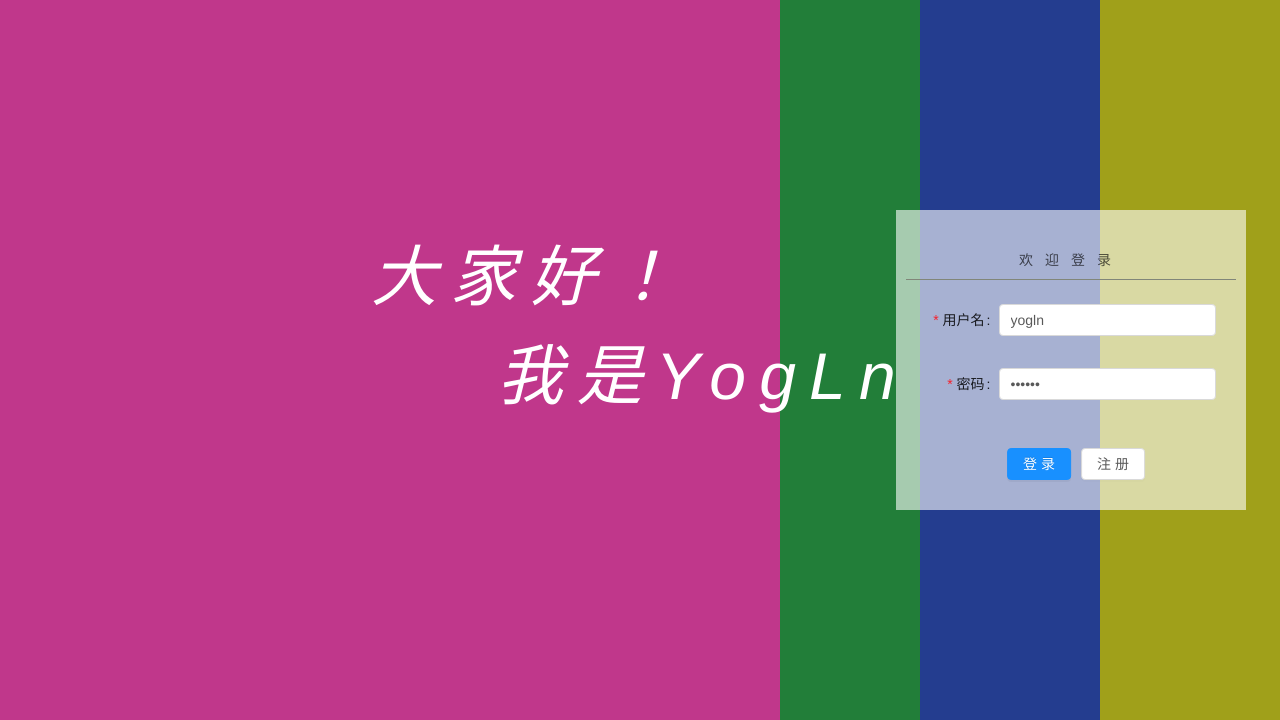
Repository: YogLn/theory-fre
Page: /register
These files come from the project's save history. The page is drawn as it stood at one moment and after the next save; the edit follows.
The browser window is 1280 px wide. The pictures show the whole page.
The project was rebuilt for these pictures with package versions that can differ from the ones it lists, and the page was loaded fresh each time.

Above is the page before, as saved 2021-07-22 16:45:55.

### src/App.vue
<template>
  <div id="app">
    <router-view />
  </div>
</template>

<style lang="less">
html,
body,
#app {
  height: 100%;
  font-family: 'Helvetica Neue', Helvetica, 'PingFang SC', 'Hiragino Sans GB',
    'Microsoft YaHei', '微软雅黑', Arial, sans-serif;
  // background: url('./assets/img/home.jpg') no-repeat center;
  background-attachment: fixed;
  background-size: 100% 100%;
}
</style>

### src/router/index.js
import Vue from 'vue'
import VueRouter from 'vue-router'

const Login = () => import('../pages/login/Login.vue')
const Home = () => import('../pages/home/Home.vue')
const Register = () => import('../pages/login/Register.vue')
const Moment = () => import('../pages/moment/Moment.vue')
const Publish = () => import('../pages/moment/Publish.vue')
const Mine = () => import('../pages/mine/Mine.vue')
const Comment = () => import('../components/comment/Comment.vue')

Vue.use(VueRouter)

const routes = [
  {
    path: '',
    redirect: '/login'
  },
  {
    path: '/login',
    component: Login
  },
  {
    path: '/register',
    component: Register
  },
  {
    path: '/home',
    component: Home,
    redirect: '/moment',
    children: [
      {
        path: '/moment',
        component: Moment
      },
      {
        path: '/upload',
        component: Publish
      },
      {
        path: '/moment/:momentId',
        component: Comment
      },
      {
        path: '/mine',
        component: Mine
      },
    ]
  }
]

const router = new VueRouter({
  mode: 'history',
  base: process.env.BASE_URL,
  routes
})

// 挂载路由导航守卫
router.beforeEach((to, from, next) => {
  if (to.path == '/login') return next()
  // 获取 token
  const tokenStr = window.sessionStorage.getItem('token')
  if (!tokenStr) return next('/login')
  next()
})

export default router

### src/network/request.js
import axiox from 'axios'
import { BASE_URL, TIMEOUT } from './config'
const instance = axiox.create({
  baseURL: BASE_URL,//baseURL会在发送请求的时候拼接在url参数的前面
  timeout: TIMEOUT
})

instance.interceptors.request.use(function (config) {
  config.headers.Authorization = window.sessionStorage.getItem('token')
  return config;
}, function (error) {
  // 对请求错误做些什么
  return Promise.reject(error);
});

// 添加响应拦截器
//此处可以根据服务器的返回状态码做响应的处理
//404 404 500
instance.interceptors.response.use(function (response) {
  // 对响应数据做点什么

  return response;
}, function (error) {
  // 对响应错误做点什么
  return Promise.reject(error);
});

export function get (url, params) {
  return instance.get(url, {
    params
  })
}

export function post (url, data) {
  return instance.post(url, data)
}

export function del (url) {
  return instance.delete(url)
}

export function put (url, data) {
  return instance.put(url, data)
}

### src/pages/login/Login.vue
<template>
  <div class="container">
    <div class="item yellow">
      <p>大家好！<br />&nbsp;&nbsp;&nbsp;&nbsp;我是YogLn</p>
    </div>
    <div class="item blue">
      <p>大家好！<br />&nbsp;&nbsp;&nbsp;&nbsp;我是YogLn</p>
    </div>
    <div class="item green">
      <p>大家好！<br />&nbsp;&nbsp;&nbsp;&nbsp;我是YogLn</p>
    </div>
    <div class="item pink">
      <p>大家好！<br />&nbsp;&nbsp;&nbsp;&nbsp;我是YogLn</p>
    </div>
    <div class="login-box">
      <div class="login-header">
        <span>欢迎登录</span>
      </div>
      <div class="login-form">
        <a-form-model ref="loginFormRef"
                      :model="loginForm"
                      v-bind="layout"
                      :rules="loginFormRules">
          <a-form-model-item label="用户名"
                             prop="name">
            <a-input v-model="loginForm.name"
                     type="text"
                     autocomplete="off"
                     placeholder="请输入用户名" />
          </a-form-model-item>
          <a-form-model-item label="密码"
                             prop="password">
            <a-input v-model="loginForm.password"
                     type="password"
                     autocomplete="off"
                     placeholder="请输入密码" />
          </a-form-model-item>
        </a-form-model>
      </div>
      <div class="login-btn">
        <a-button type="primary"
                  class="btn-login"
                  @click="login">登录</a-button>
        <a-button @click="register">注册</a-button>
      </div>
    </div>
  </div>
</template>

<script>
import { Mixin } from '../../mixin'
export default {
  mixins: [Mixin],
  created() { },
  data() {
    return {
      loginForm: {
        name: 'yogln',
        password: '123456',
      },
    }
  },
  methods: {
    async login() {
      const res = await this.$http.post('/login', this.loginForm)
      if (res.status !== 200) {
        return this.$message.error('登录失败')
      }
      window.sessionStorage.setItem('token', res.data.token)
      window.sessionStorage.setItem('id', res.data.id)
      this.$message.success('登录成功')
      this.$router.push('/home')
    },
    register() {
      this.$router.push('/register')
    },
  },
}
</script>

<style lang="less" scoped>
.container {
  height: 100vh;
  position: relative;

  .item {
    position: absolute;
    width: 100%;
    height: 100%;
    top: 0;
    left: 0;
    display: flex;
    justify-content: center;
    align-items: center;
    font-size: 66px;
    font-style: italic;
    transform: translate(-100%);
  }

  .item p {
    letter-spacing: 0.2em;
    color: #fff;
    transform: translateX(-190%);
  }

  .yellow {
    background-color: rgb(160, 160, 26);
    animation: bg 0.3s linear forwards;
  }
  .yellow p {
    animation: text 3s 0.3s cubic-bezier(0, 0.49, 0, 1) forwards;
  }

  .blue {
    background-color: rgb(36, 61, 143);
    clip: rect(0, 1100px, 100vh, 0);
    animation: bg 2.4s 0.6s cubic-bezier(0, 0.49, 0, 1) forwards;
  }
  .blue p {
    animation: text 2.4s 0.6s cubic-bezier(0, 0.49, 0, 1) forwards;
  }

  .green {
    background-color: rgb(34, 126, 57);
    clip: rect(0, 920px, 100vh, 0);
    animation: bg 2.1s 0.9s cubic-bezier(0, 0.49, 0, 1) forwards;
  }
  .green p {
    animation: text 2.1s 0.9s cubic-bezier(0, 0.49, 0, 1) forwards;
  }

  .pink {
    background-color: rgb(192, 55, 139);
    clip: rect(0, 780px, 100vh, 0);
    animation: bg 1.8s 1.2s cubic-bezier(0, 0.49, 0, 1) forwards;
  }
  .pink p {
    animation: text 1.8s 1.2s cubic-bezier(0, 0.49, 0, 1) forwards;
  }

  @keyframes bg {
    from {
      transform: translate(-100%);
    }
    to {
      transform: translateX(0);
    }
  }

  @keyframes text {
    from {
      transform: translate(-190%);
    }
    to {
      transform: translateX(0);
    }
  }

  .login-box {
    display: relative;
    padding: 40px 10px;
    width: 350px;
    height: 300px;
    background: rgba(255, 255, 255, 0.6);
    position: fixed;
    left: 70%;
    top: 50%;
    transform: translateY(-50%);
    .login-header {
      margin-top: -10px;
      display: flex;
      justify-content: center;
      height: 40px;
      line-height: 40px;
      border-bottom: 1.6px solid #818679;
      span {
        text-align: center;
        letter-spacing: 12px;
      }
    }
    .login-form {
      padding: 20px;
    }
    .login-btn {
      position: absolute;
      left: 50%;
      transform: translateX(-50%);
      .btn-login {
        margin: 0 10px;
      }
    }
  }
}
</style>

### src/network/config.js
const devBaseURL = "http://121.4.100.103:5000";
const proBaseURL = "http://121.4.100.103:5000";
export const BASE_URL = process.env.NODE_ENV === 'development' ? devBaseURL: proBaseURL;

export const TIMEOUT = 5000;

### src/mixin.js
export const Mixin = {
  data() {
    return {
      loginFormRules:  {
        name: [{ required: true, message: '请输入用户名', trigger: 'blur' }],
        password: [{ required: true, message: '请输入密码', trigger: 'blur' }]
      },

      layout: {
        labelCol: { span: 6 },
        wrapperCol: { span: 18 },
      },
    }
  },
}

Loaded but not shown: public/index.html (common file); src/main.js (common file); src/store/index.js (common file); src/assets/css/reset.css (common file)

After the next save:
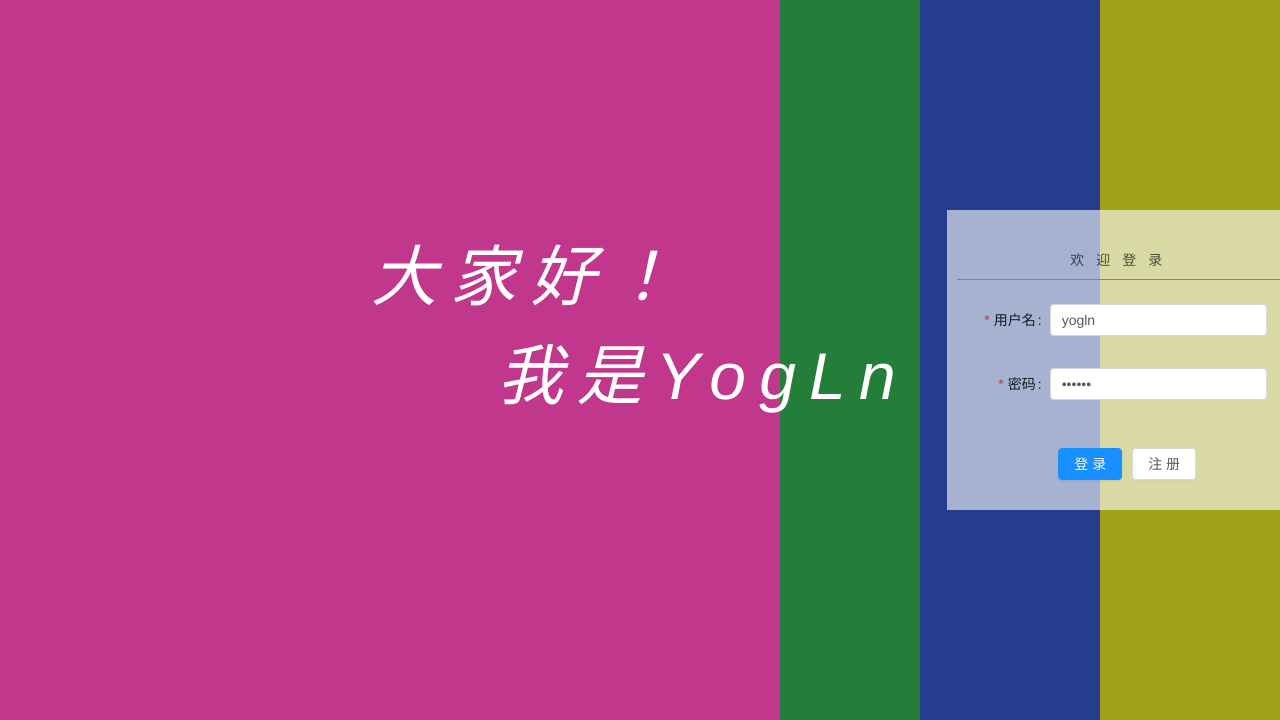
Saved 26 s later.
--- a/src/pages/login/Login.vue
+++ b/src/pages/login/Login.vue
@@ -163,7 +163,7 @@ export default {
     height: 300px;
     background: rgba(255, 255, 255, 0.6);
     position: fixed;
-    left: 70%;
+    left: 74%;
     top: 50%;
     transform: translateY(-50%);
     .login-header {
